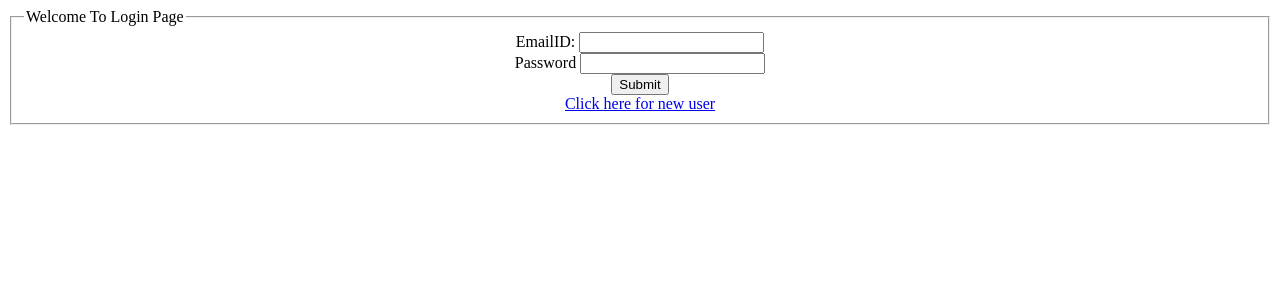
Repository: Tharungandhi/ServeltProject
Page: LginRegistrationApp/WebContent/login.html
These files come from the project's save history. The page is drawn as it stood at one moment and after the next save; the edit follows.
The browser window is 1280 px wide. The pictures show the whole page.

Above is the page before, as saved 2019-01-22 09:44:04.

### LginRegistrationApp/WebContent/login.html
<!DOCTYPE html>
<html>
<head>
<meta charset="UTF-8">
<title>Login Page</title>
</head>
<body>
<form action="login" method="post">

<fieldset>
<legend>Welcome To Login Page</legend>
<center>
<label>EmailID:</label>
<input type="text" name="emailid" value="" required/> </div>
<div>
<label>Password</label>
<input type="password" name="password" value="" required/>
</div>
<input type="submit" name="submit"/>
<div>
<a href=registration.html> Click here for new user </a> </div>
</center>
</fieldset>
</form>
</body>
</html>

After the next save:
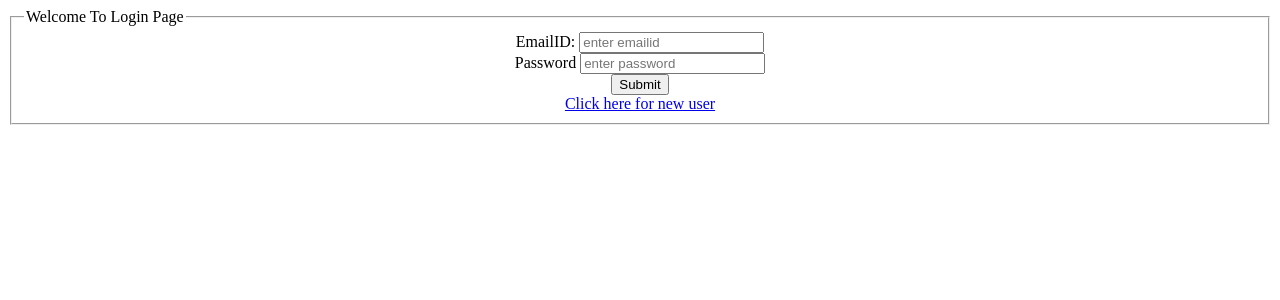
Saved 16 s later.
--- a/LginRegistrationApp/WebContent/login.html
+++ b/LginRegistrationApp/WebContent/login.html
@@ -11,10 +11,10 @@
 <legend>Welcome To Login Page</legend>
 <center>
 <label>EmailID:</label>
-<input type="text" name="emailid" value="" required/> </div>
+<input type="text" name="emailid"  placeholder="enter emailid" value="" required/> </div>
 <div>
 <label>Password</label>
-<input type="password" name="password" value="" required/>
+<input type="password" name="password"  placeholder="enter password" value="" required/>
 </div>
 <input type="submit" name="submit"/>
 <div>
